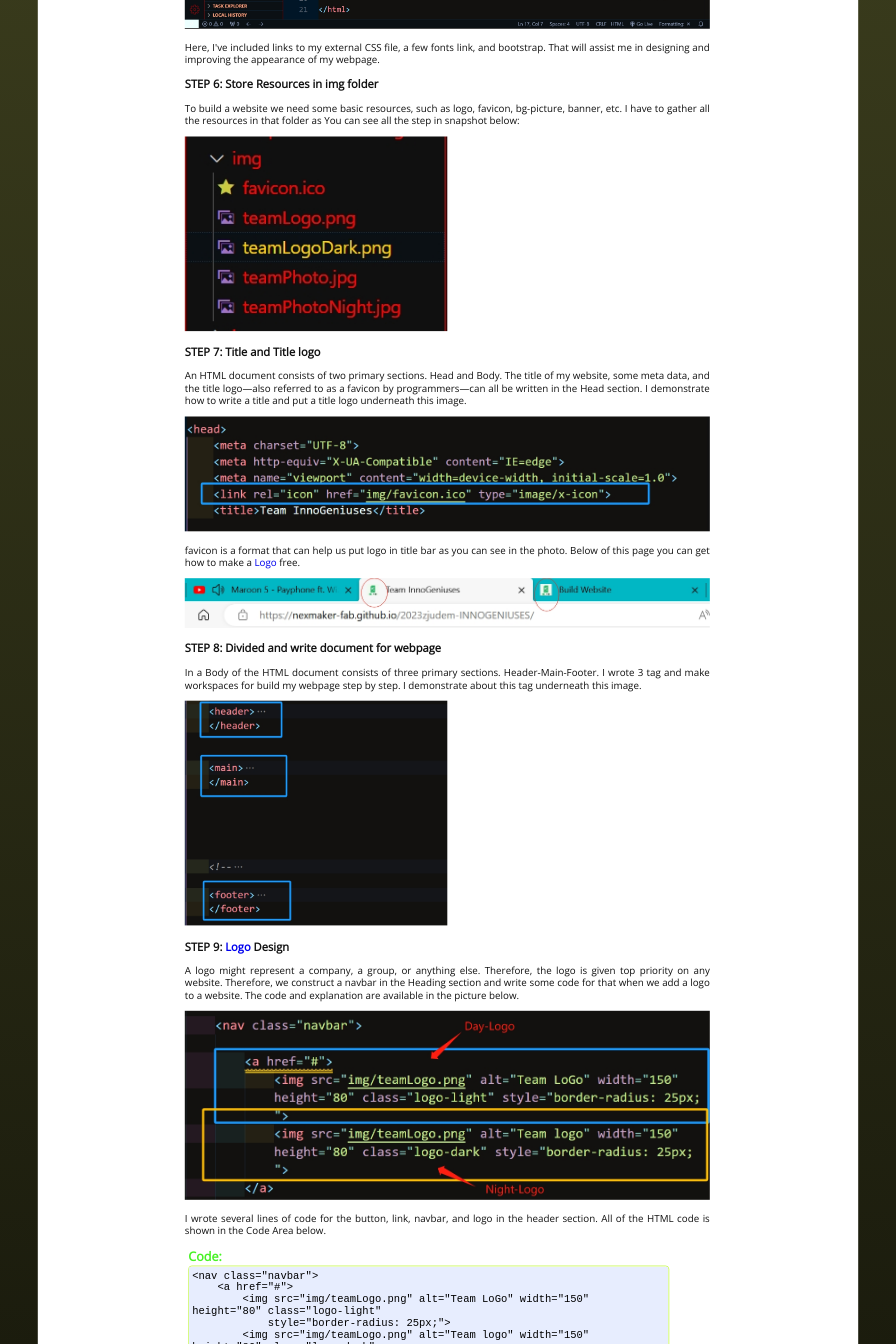
Repository: NexMaker-Fab/2023zjudem-INNOGENIUSES
Page: build web/page1.html
These files come from the project's save history. The page is drawn as it stood at one moment and after the next save; the edit follows.
The browser window is 1280 px wide. The pictures show the part of the page from y = 4580 to 6500 px (the page is 11095 px tall), at 70% of full size.
An inner scrolling area shows only its first screen.

Above is the page before, as saved 2023-11-27 20:35:12.

After the next save:
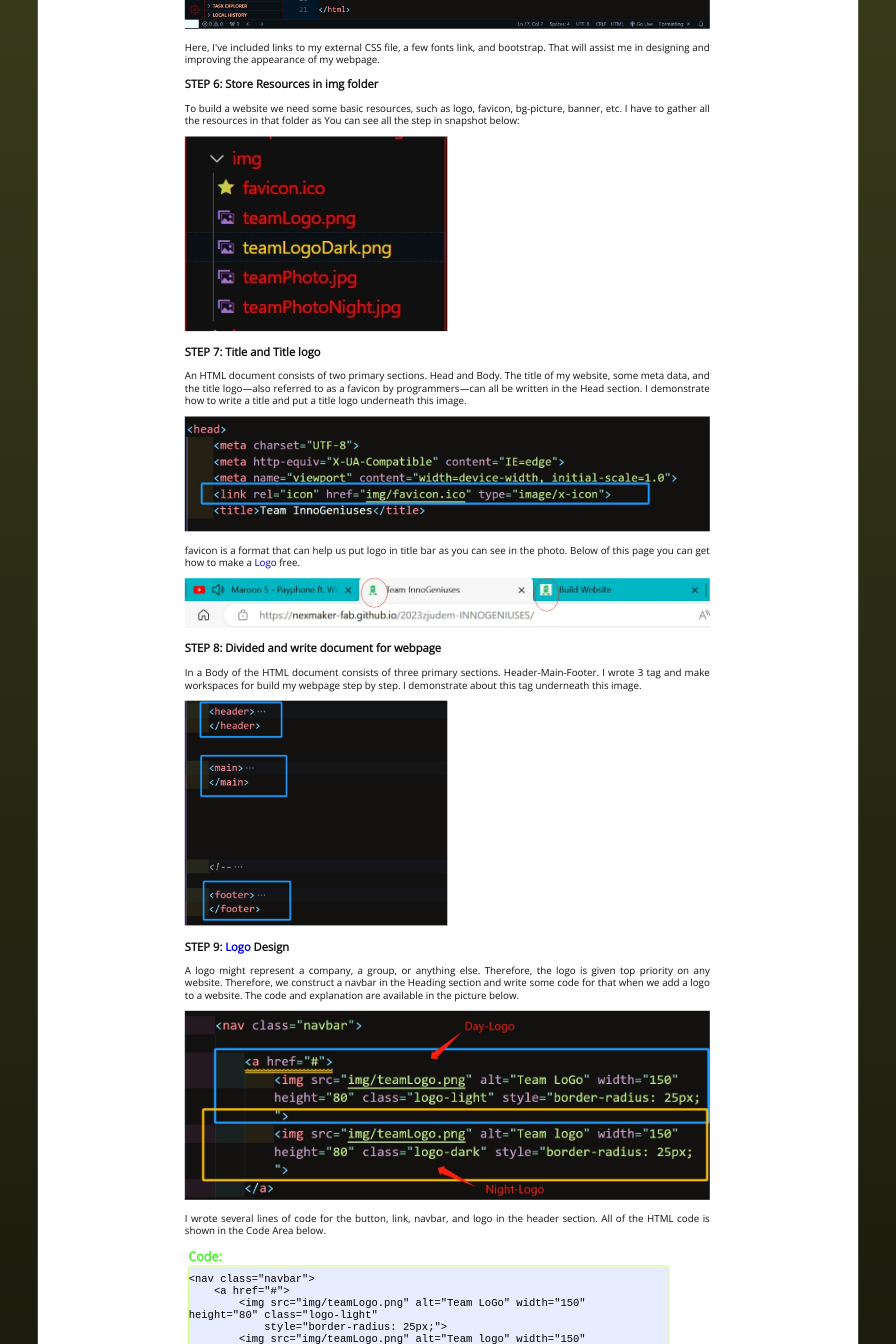
Saved 26 s later.
--- a/build web/styles.css
+++ b/build web/styles.css
@@ -461,7 +461,7 @@ ul#topnav li a:hover {
     border-radius: 5px 5px 5px 20px;
     background: #e7edfe;
     align-items: center;
-    padding: 5px;
+    padding: 10px 10px 0px 0px;
 }
 
 .code-box textarea::-webkit-scrollbar {
